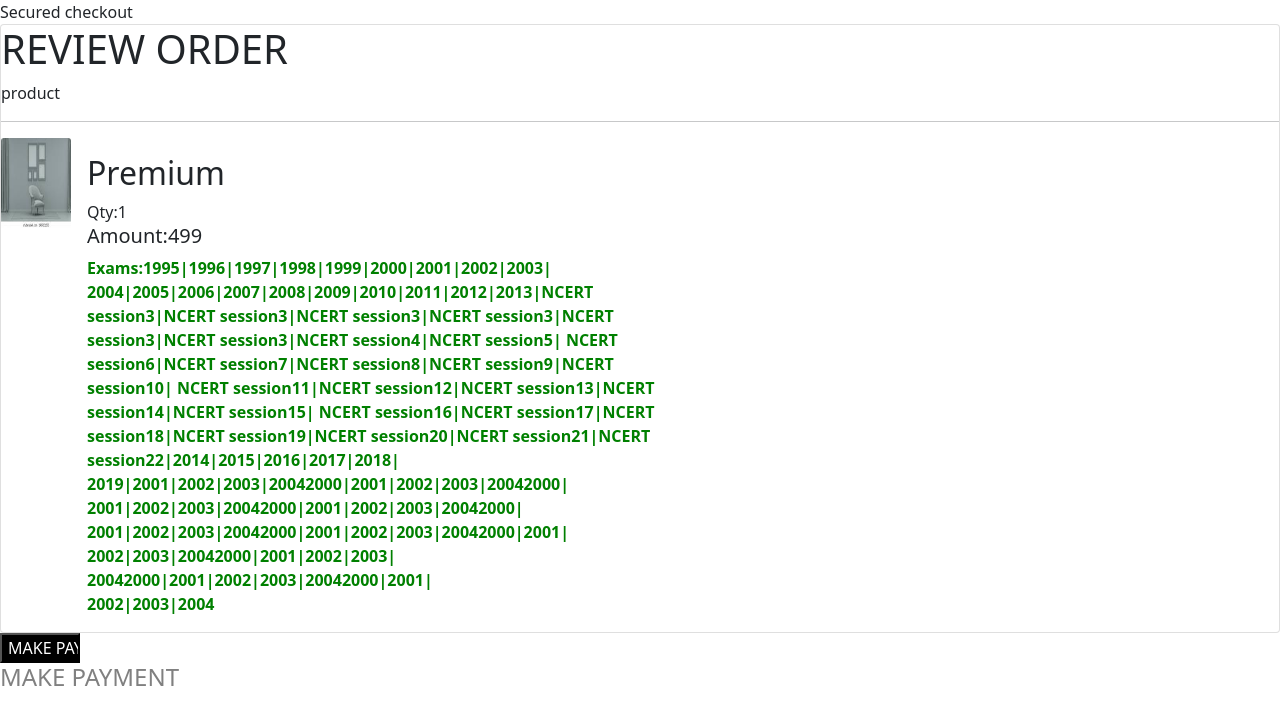
Repository: sreech465/e-prathibha
Page: /checkouts
The author's editor kept a copy of each file at every save. The page is drawn from the files as they stood at one save, then again after the next save.
The browser window is 1280 px wide. The pictures show the whole page.
The project was rebuilt for these pictures with package versions that can differ from the ones it lists, and the page was loaded fresh each time. Also part of the build but not shown: src/Redux/Actions.js, src/Components/Register.js, src/Components/Verify.js, src/Components/Header.js, src/Components/Login.js, src/Components/Popup.css, src/Components/Popup.js, src/Components/WritExam.css and 10 more.

Above is the page before, as saved 2022-10-18 19:21:40.

### src/index.js
import React from "react";
import ReactDOM from "react-dom/client";
import "./index.css";
import App from "./App";
import reportWebVitals from "./reportWebVitals";
import { Provider } from "react-redux";
import { store } from "./Redux/Store";

import "bootstrap/dist/css/bootstrap.min.css";

const root = ReactDOM.createRoot(document.getElementById("root"));
root.render(
  <React.StrictMode>
    <Provider store={store}>
      <App />
    </Provider>
  </React.StrictMode>
);

// If you want to start measuring performance in your app, pass a function
// to log results (for example: reportWebVitals(console.log))
// or send to an analytics endpoint. Learn more: https://bit.ly/CRA-vitals
reportWebVitals();

### src/App.js
import "bootstrap/dist/css/bootstrap.min.css";
import "./App.css";
import Register from "./Components/Register";
import { useSelector } from "react-redux";
import Verify from "./Components/Verify";
import Header from "./Components/Header";
import Login from "./Components/Login";
import { Routes, Route } from "react-router-dom";
import WriteExam from "./Components/WriteExam";
import { BrowserRouter } from "react-router-dom";
import ListOfExams from "./Components/ListOfExams";
import CategoryOfExams from "./Components/CategoryOfExams";
import PremiumList from "./Components/PremiumList";
import MockList from "./Components/MockList";
import PwriteExam from "./Components/PwriteExam";
import Sidebar from "./Components/Sidebar";
import Packageanu from "./Components/Packageanu";
import Checkouts from "./Components/Checkouts";

import Finalpage from "./Components/Finalpage";
function App() {
  const state = useSelector((state) => state);
  console.log(state);

  return (
    <>
      <div className="App">
        <BrowserRouter>
          <Routes>
            <Route path="/register" element={<Register />} />
            <Route path="/Verify" element={<Verify />} />
            <Route path="/" element={<Login />} />
            <Route path="/ListOfExams" element={<ListOfExams />} />
            <Route path="/PremiumList" element={<PremiumList />} />
            <Route path="/MockList" element={<MockList />} />
            <Route path="/CategoryOfExams" element={<CategoryOfExams />} />
            <Route path="/ListOfExams/:id" element={<WriteExam />} />
            <Route path="/PremiumList/:id" element={<WriteExam />} />
            <Route path="/packages" element={<Packageanu />} />
            <Route path="/checkouts" element={<Checkouts />} />
            <Route path="/finalpage" element={<Finalpage />} />
          </Routes>
        </BrowserRouter>
      </div>
    </>
  );
}

export default App;

### src/Redux/Store.js
import { applyMiddleware } from "redux";

import { createStore } from "redux";
import thunk from "redux-thunk";
import { rootreducer } from "./CombineReducers";

export const store = createStore(rootreducer, applyMiddleware(thunk));

### src/App.css
.Sidebar {

  height:100%;
  width:50px;
  background-color: black;
  top:0;
  position:fixed;


}

body{
  margin:0;
  padding:0;
}

.App{
  width:100vw;
  height: 100vh;
}

.SidebarList{
  height: auto;
  padding: 0;
  width:100%;
}

.SidebarList .row{
  width:100%;
  height: 50px;
  border: rgba(11, 11, 11, 0.851);
list-style-type: none;
margin: 0;
color: white;
left: 0;
font-family: 'Lucida Sans', 'Lucida Sans Regular', 'Lucida Grande', 'Lucida Sans Unicode', Geneva, Verdana, sans-serif;
}

.row #icon {
  flex: 30%;
  display: grid;
  place-items: center;
}

### src/Components/Checkouts.js
import React from "react";
import { useNavigate } from "react-router-dom";
const Checkouts = () => {
  const navigate = useNavigate();
  const handlebut = () => {
    navigate("/finalpage");
  };
  return (
    <>
      <div>Secured checkout</div>

      <div class="card">
        <h1>REVIEW ORDER</h1>
        <div>product</div>
        <hr />
        <div style={{ display: "flex" }}>
          <img
            class="card-img-top"
            style={{ width: 70, height: 90 }}
            src="data:[embedded picture, 3279 characters]"
            alt="Card image cap"
          />
          <div class="card-body">
            <h2>Premium</h2>
            <div>Qty:1</div>
            <h5>Amount:499</h5>
            <div style={{ color: "green", fontWeight: "bold" }}>
              Exams:1995|1996|1997|1998|1999|2000|2001|2002|2003|
              <br />
              2004|2005|2006|2007|2008|2009|2010|2011|2012|2013|NCERT
              <br />
              session3|NCERT session3|NCERT session3|NCERT session3|NCERT
              <br />
              session3|NCERT session3|NCERT session4|NCERT session5| NCERT
              <br />
              session6|NCERT session7|NCERT session8|NCERT session9|NCERT
              <br />
              session10| NCERT session11|NCERT session12|NCERT session13|NCERT
              <br />
              session14|NCERT session15| NCERT session16|NCERT session17|NCERT
              <br />
              session18|NCERT session19|NCERT session20|NCERT session21|NCERT
              <br />
              session22|2014|2015|2016|2017|2018|
              <br />
              2019|2001|2002|2003|20042000|2001|2002|2003|20042000|
              <br />
              2001|2002|2003|20042000|2001|2002|2003|20042000|
              <br />
              2001|2002|2003|20042000|2001|2002|2003|20042000|2001|
              <br />
              2002|2003|20042000|2001|2002|2003|
              <br />
              20042000|2001|2002|2003|20042000|2001|
              <br />
              2002|2003|2004
            </div>
          </div>
        </div>
      </div>
      <input
        style={{
          backgroundColor: "black",
          width: 80,
          height: 30,
          color: "white",
        }}
        type="button"
        value="MAKE PAYMENT"
      />
      <h4 style={{ color: "gray" }}>MAKE PAYMENT</h4>
    </>
  );
};

export default Checkouts;

### src/Redux/CombineReducers.js
import { combineReducers } from "redux";
import {
  loginReducer,
  packageReducer,
  payReducer,
  submitExamReducer,
} from "./Reducer";
import { endExamReducer } from "./Reducer";
import { yearlyQreducer } from "./Reducer";
import { verifyReducer } from "./Reducer";
import { registerReducer } from "./Reducer";
import { writeExamReducer } from "./Reducer";
import { premiumReducer } from "./Reducer";
import { mockReducer } from "./Reducer";

export const rootreducer = combineReducers({
  RegisterReducer: registerReducer,
  VerifyReducer: verifyReducer,
  LoginReducer: loginReducer,
  GetYearlyReducer: yearlyQreducer,
  WexamReducer: writeExamReducer,
  EexamReducer: endExamReducer,
  PremiumReducer: premiumReducer,
  MockReducer: mockReducer,
  SubmitExamReducer: submitExamReducer,
  PayReducer: payReducer,
  PackageReducer: packageReducer,
});

### src/Components/Sidebardata.js
import React from "react";
import HomeIcon from "@mui/icons-material/Home";
import ShoppingCartIcon from "@mui/icons-material/ShoppingCart";
import LegendToggleIcon from "@mui/icons-material/LegendToggle";
import LiveHelpIcon from "@mui/icons-material/LiveHelp";
import ManageSearchIcon from "@mui/icons-material/ManageSearch";
import AssistantPhotoIcon from "@mui/icons-material/AssistantPhoto";
import BuildIcon from "@mui/icons-material/Build";
import DomainVerificationIcon from "@mui/icons-material/DomainVerification";
export const Sidebardata = [
  {
    title: "",
    icon: <HomeIcon />,
    link: "/",
  },
  {
    title: "",
    icon: <ShoppingCartIcon />,
    link: "/packages",
  },
  {
    title: "",
    icon: <LegendToggleIcon />,
    link: "/summary",
  },
  {
    title: "",
    icon: <AssistantPhotoIcon />,
    link: "/result",
  },
  {
    title: "",
    icon: <ManageSearchIcon />,
    link: "/search",
  },
  {
    title: "",
    icon: <LiveHelpIcon />,
    link: "/help",
  },
  {
    title: "",
    icon: <BuildIcon />,
    link: "/help",
  },

  {
    title: "",
    icon: <DomainVerificationIcon />,
    link: "/help",
  },
];

### src/Redux/Reducer.js
import { Actions } from "../Components/types";

const initialstate1 = {
  user1: "",
  user2: "",
  user3: "",
  user4: "",
  user5: "",
  user6: "",
  user7: "",
  user8: "",
  user9: "",
  user10: "",
  user11: "",
};

export const loginReducer = (state = initialstate1, action) => {
  const { type, payload } = action;

  switch (type) {
    case Actions.LOGIN:
      return { ...state, user3: payload };
    default:
      return state;
  }
};

export const registerReducer = (state = initialstate1, action) => {
  const { type, payload } = action;

  switch (type) {
    case Actions.REGISTER:
      return { ...state, user1: payload };
    default:
      return state;
  }
};

export const verifyReducer = (state = initialstate1, action) => {
  const { type, payload } = action;

  switch (type) {
    case Actions.VERIFY:
      return { ...state, user2: payload };
    default:
      return state;
  }
};

export const yearlyQreducer = (state = initialstate1, action) => {
  const { type, payload } = action;

  switch (type) {
    case Actions.GETYEARLYQUESTIONS:
      return { ...state, user4: payload };
    default:
      return state;
  }
};

export const premiumReducer = (state = initialstate1, action) => {
  const { type, payload } = action;

  switch (type) {
    case Actions.PREMIUMEXAMS:
      return { ...state, user7: payload };
    default:
      return state;
  }
};

export const mockReducer = (state = initialstate1, action) => {
  const { type, payload } = action;

  switch (type) {
    case Actions.MOCKEXAMS:
      return { ...state, user8: payload };
    default:
      return state;
  }
};

export const writeExamReducer = (state = initialstate1, action) => {
  const { type, payload } = action;

  switch (type) {
    case Actions.WRITETHEEXAM:
      return { ...state, user5: payload };
    default:
      return state;
  }
};

export const submitExamReducer = (state = initialstate1, action) => {
  const { type, payload } = action;

  switch (type) {
    case Actions.SUBMITEXAM:
      return { ...state, user9: payload };
    default:
      return state;
  }
};

export const endExamReducer = (state = initialstate1, action) => {
  const { type, payload } = action;

  switch (type) {
    case Actions.ENDTHEEXAM:
      return { ...state, user6: payload };
    default:
      return state;
  }
};

export const payReducer = (state = initialstate1, action) => {
  const { type, payload } = action;

  switch (type) {
    case Actions.PAYDETAILS:
      return { ...state, user10: payload };
    default:
      return state;
  }
};

export const packageReducer = (state = initialstate1, action) => {
  const { type, payload } = action;

  switch (type) {
    case Actions.PACKAGEDETAILS:
      return { ...state, user11: payload };
    default:
      return state;
  }
};

### src/Components/types.js
export const Actions = {
  LOGIN: "LOGIN",
  REGISTER: "REGISTER",
  VERIFY: "VERIFY",
  GETYEARLYQUESTIONS: "GETYEARLYQUESTIONS",
  WRITETHEEXAM: "WRITETHEEXAM",
  SUBMITEXAM: "SUBMITEXAM",
  ENDTHEEXAM: "ENDTHEEXAM",
  PREMIUMEXAMS: "PREMIUMEXAMS",
  MOCKEXAMS: "MOCKEXAMS",
  PAYDETAILS: "PAYDETAILS",
  PACKAGEDETAILS: "PACKAGEDETAILS",
};

Loaded but not shown: public/index.html (common file); src/index.css (common file); src/reportWebVitals.js (common file)

After the next save:
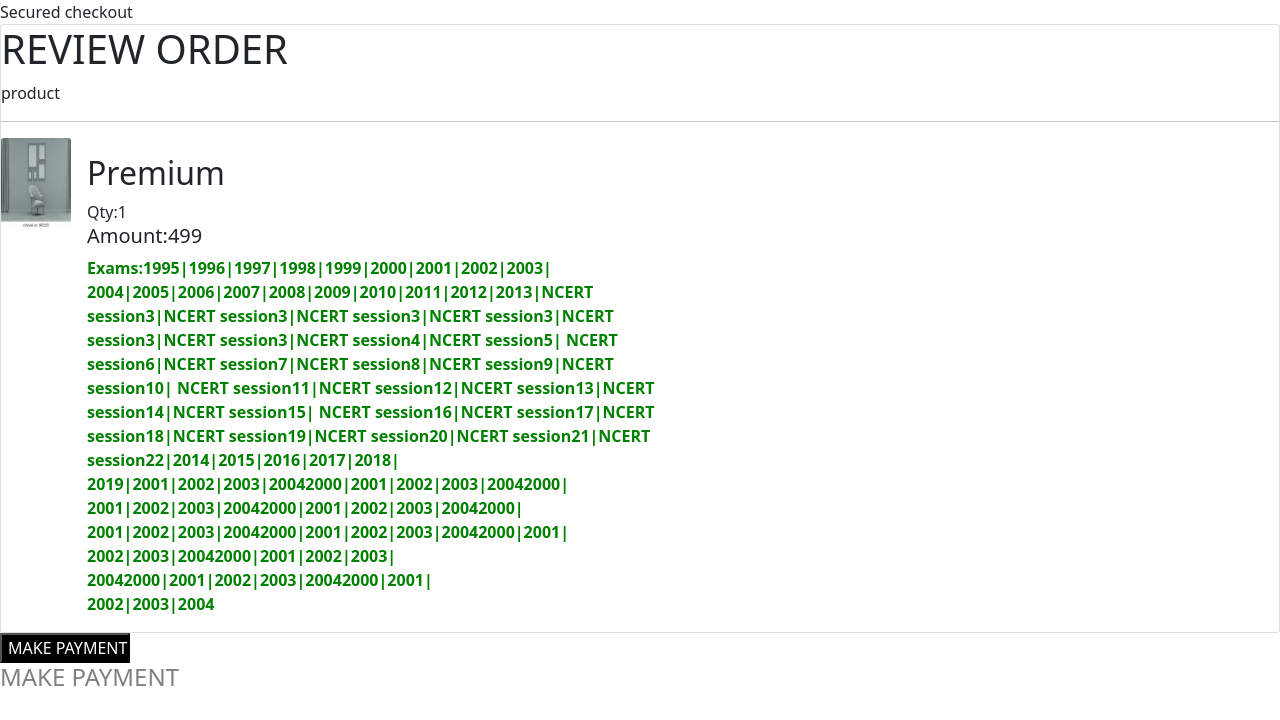
Saved 13 s later.
--- a/src/Components/Checkouts.js
+++ b/src/Components/Checkouts.js
@@ -61,7 +61,7 @@ const Checkouts = () => {
       <input
         style={{
           backgroundColor: "black",
-          width: 80,
+          width: 130,
           height: 30,
           color: "white",
         }}
